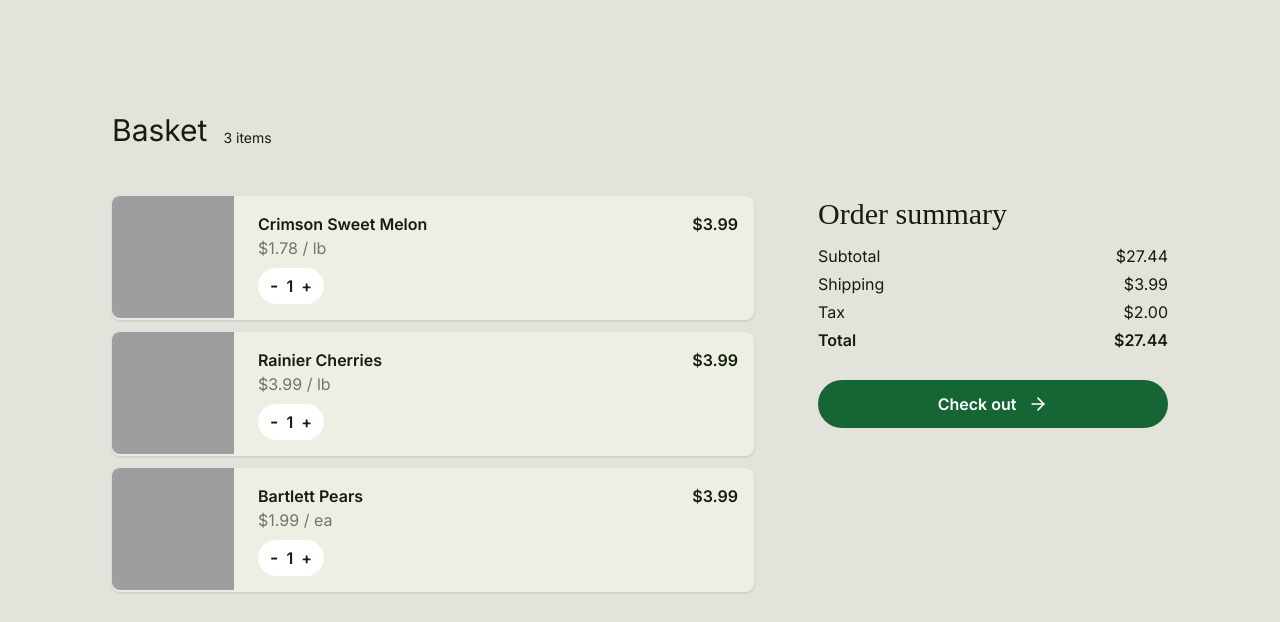
Repository: wswiselife/CSS
Page: / (app in figma-20240618/)
These files come from the project's save history. The page is drawn as it stood at one moment and after the next save; the edit follows.
The browser window is 1280 px wide. The pictures show the part of the page from y = 1280 to 1914 px (the page is 1902 px tall before and 1914 px after).
Pictures or frames that could not be fetched are drawn as grey boxes. Some web fonts or font styles are not loaded; a fallback is used. The project was rebuilt for these pictures with package versions that can differ from the ones it lists, and the page was loaded fresh each time. The framework's server and built-in components were replaced by stand-ins that run in the browser. Also part of the build but not shown: figma-20240618/next.config.mjs, figma-20240618/app/components/navbar/UserItem.tsx.

Above is the page before, as saved 2024-06-19 08:27:33.

### figma-20240618/app/layout.tsx
import type { Metadata } from "next";
import { Inter } from "next/font/google";
import "./globals.css";

import Layout from "./components/Layout";

const inter = Inter({ subsets: ["latin"] });

export const metadata: Metadata = {
  title: "Figma hero clone",
  description: "Figma hero clone",
};

export default function RootLayout({
  children,
}: Readonly<{
  children: React.ReactNode;
}>) {
  return (
    <html lang="en">
      <body className={inter.className}>
        <Layout>
          {children}
        </Layout>
      </body>
    </html>
  );
}

### figma-20240618/app/page.tsx

import Basket from "./components/Basket";
import Hero from "./components/Hero";
import Navbar from "./components/navbar/Navbar";

export default function Home() {
  return (
   <>
     <Navbar />
     <div className="mt-20">
        <Hero />
     </div>
     <Basket />
   </>
  );
}

### figma-20240618/app/globals.css
@import url("https://fonts.googleapis.com/css2?family=Playwrite+IS:wght@100..400&display=swap");

@tailwind base;
@tailwind components;
@tailwind utilities;

:root {
    --primary-color: #476730;

    --font-color: #141e0c;
    --bg-color: #e3e3dc;
}

html {
    color: var(--font-color);
    background-color: var(--bg-color);
}

@layer components {
    .hero-p {
        @apply font-serif text-3xl md:text-5xl lg:text-6xl;
    }

    .hero-span {
        @apply font-sans;
    }
}

### figma-20240618/app/components/Layout.tsx
interface LayoutProps {
    children: React.ReactNode
}

const Layout:React.FC<LayoutProps> = ({children})=>{
    return (
        <div className="h-screen w-screen ">
            <div className="h-full w-full">
                {children}
            </div>
        </div>
    )
}

export default Layout

### figma-20240618/app/components/Basket.tsx
'use client'
import { FiArrowRight } from "react-icons/fi";

import BasketItem from "./BasketItem"
import Button from "./Button"
import Header from "./Header"

const Basket = ()=>{

    const operateContent = (
        <div className="flex justify-center items-center gap-4">
            <Button label="Default" onClick={()=>{}} ></Button>
            <Button label="A-Z" onClick={()=>{}} ></Button>
            <Button label="List view" onClick={()=>{}} ></Button>
        </div>
    )

    const data = [
        {
            id:1,
            title:'crimson sweet melon',
            price:'1.78',
            unit:"lb",
            cover:'https://images.pexels.com/photos/1391487/pexels-photo-1391487.jpeg?auto=compress&cs=tinysrgb&w=600'
        },
        {
            id:2,
            title:'rainier cherries',
            price:'3.99',
            unit:"lb",
            cover:'https://images.pexels.com/photos/12735083/pexels-photo-12735083.jpeg?auto=compress&cs=tinysrgb&w=1260&h=750&dpr=1'
        },
        {
            id:3,
            title:'bartlett pears',
            price:'1.99',
            unit:"ea",
            cover:'https://images.pexels.com/photos/5945903/pexels-photo-5945903.jpeg?auto=compress&cs=tinysrgb&w=600'
        }
    ]

    return(
        <div className="
            flex
            flex-col
            p-8

            md:px-16
            lg:px-28
        ">
            <Header title="Basket" desc="3 items"  />

            <div className="
                flex
                justify-center
                items-start
                flex-wrap
                mt-12
                gap-8
                md:gap-16
                lg:gap-16
            ">
                {/* basket */}
                <div className="
                    flex
                    flex-1
                    flex-col
                    gap-3
                    items-center
                    min-w-[400px]
                ">
                    {
                        data.map((product)=>(

                            <BasketItem
                                key={product.id}
                                title={product.title}
                                price={product.price}
                                unit={product.unit}
                                cover={product.cover}
                            />

                        ))
                    }


                </div>

                {/* order summary */}
                <div className="w-full md:w-[350px]">
                    {/* title */}
                    <div className="text-3xl text-center md:text-left font-playwrite">
                        Order summary
                    </div>

                    <div className="
                        flex
                        flex-col
                        gap-1
                        py-3
                    ">
                        <div className="flex justify-between items-center">
                            <p>Subtotal</p>
                            <p>${27.44}</p>
                        </div>
                        <div className="flex justify-between items-center">
                            <p>Shipping</p>
                            <p>${3.99}</p>
                        </div>
                        <div className="flex justify-between items-center">
                            <p>Tax</p>
                            <p>$2.00</p>
                        </div>
                        <div className="flex justify-between items-center font-semibold">
                            <p>Total</p>
                            <p>${27.44}</p>
                        </div>
                    </div>

                    {/* button */}
                    <div className="w-full mt-4">
                        <Button label="Check out" onClick={()=>{}} fullWidth icon={FiArrowRight} />
                    </div>

                </div>
            </div>
        </div>
    )
}

export default Basket

### figma-20240618/app/components/Hero.tsx
'use client'

import Button from "./Button"

const Hero = ()=>{

    return(
        <div className="">

            {/* first path */}
            <div className="flex flex-col justify-center items-center">
                {/* title */}
                <div className="
                    flex
                    flex-col
                    items-center
                    gap-2
                    md:gap-4
                    lg:gap-8
                    py-12
                    md:py-20
                    lg:py-[121px]
                ">
                    <p className="hero-p">We're <span className="hero-span font-playwrite">farmers,purveyors,</span></p>
                    <p className="hero-p"> and <span className="hero-span font-playwrite">eaters </span>of originically</p>
                    <p className="hero-p">grown food.</p>
                </div>

                <Button label="Browse our shop" onClick={()=>{}} />
            </div>

            {/* image path */}
            <div className="flex flex-row flex-wrap justify-center items-center gap-16 py-20 ">

                <img
                    src="/images/photo4.jpg"
                    alt="photo"
                    className="
                        w-[420px]
                        h-[450px]
                        md:w-[300px]
                        md:h-[380px]
                        lg:w-[400px]
                        lg:h-[580px]
                        rounded-lg
                        object-cover
                "/>

                <div className="
                    relative
                    w-[420px]
                    h-[450px]
                    md:w-[380px]
                    md:h-[300px]
                    lg:w-[520px]
                    lg:h-[400px]
                ">
                    <img
                        src="/images/photo5.jpg"
                        alt="photo"
                        className="
                            rounded-lg
                            object-cover
                        "
                    />
                    <div className="text-sm py-4 md:text-base">

                        <p className="lg:max-w-520px md:max-w-380px max-w-420px">
                            <span className="font-semibold">Central California </span>
                            — The person who grew these was located in Central California and, er, hopefully very well-compensated.
                        </p>
                    </div>
                </div>
            </div>
        </div>
    )
}

export default Hero

### figma-20240618/app/components/navbar/Navbar.tsx
import Logo from './Logo'
import Usermenu from './Usermenu'

const Navbar = ()=>{
    return (
        <div className='z-50 fixed top-0 w-full bg-[var(--bg-color)]'>
            <div className="
                flex
                justify-between
                items-center
                px-8
                py-4
                md:px-12
                md:py-8
                lg:px-[111px]
                lg:py-[32px]

            ">
                <Logo />
                <Usermenu />
            </div>
        </div>
    )
}

export default Navbar

### figma-20240618/app/components/BasketItem.tsx
import Image from "next/image";
import { useState } from "react";

interface BasketItemProps {
    title:string;
    price?:string;
    cover?:string;
    unit?:string;
}

const BasketItem:React.FC<BasketItemProps> = ({
    title,
    price,
    cover,
    unit
})=>{

    const [count,setCount] = useState(1)

    return(
        <div className="
            flex
            flex-row
            gap-2
            w-full
            bg-[#edefe4]
            rounded-lg
            shadow
            transition
            hover:shadow-md
        ">
            <div className="w-[122px] h-[122px] relative">
                <Image

                    fill
                    alt="photo"
                    src={cover || '/images/photo.jpg'}
                    style={{
                        objectFit:'cover'
                    }}

                    className="
                        rounded-l-lg
                    "
                />
            </div>
            <div className="flex flex-1 flex-col justify-between gap-2 p-4">

                {/* desc */}
                <div className="flex flex-row justify-between items-start">
                    <div className="flex-1">
                        <p className="capitalize font-semibold">{title}</p>
                        <p className="text-neutral-500">${price} / {unit}</p>
                    </div>
                    <div className="font-semibold">${3.99}</div>
                </div>

                {/* count */}
                <div className=" ">
                  <button className="flex items-center gap-2 w-auto px-3 py-1 font-semibold bg-white rounded-full">
                        <span className="text-lg">-</span>
                        <span>{count}</span>
                        <span>+</span>
                  </button>
                </div>

            </div>
        </div>
    )
}

export default BasketItem

### figma-20240618/app/components/Button.tsx
'use client'

import { IconType } from "react-icons";

interface ButtonProps {
    label: string;
    onClick:()=>void
    secondry?:boolean
    disabled?:boolean
    icon?:IconType
    fullWidth?:boolean
}

const Button:React.FC<ButtonProps> = ({
    label,
    onClick,
    secondry,
    disabled,
    icon:Icon,
    fullWidth
})=>{
    return (
        <button
            onClick={onClick}
            disabled={disabled}
            className={`
                flex
                flex-row
                justify-center
                items-center
                gap-3
                px-6
                py-3
                font-semibold
                disabled:opacity-70
                disabled:cursor-not-allowed
                hover:opacity-80
                ${secondry?'rounded':'rounded-full'}
                ${secondry?'bg-white':'bg-green-800'}
                ${secondry?'text-black':'text-white '}
                ${fullWidth?'w-full':'w-auto'}
                ${fullWidth?'text-center':''}

        `}>
            {label}
            {
                Icon && (<Icon size={20} ></Icon>)
            }
        </button>
    )
}

export default Button

### figma-20240618/app/components/Header.tsx
'use client'
import { ReactNode } from "react";

interface HeaderProps {
    title:string;
    desc?:string;
    operate?:ReactNode
}

const Header:React.FC<HeaderProps> = ({
    title,
    desc,
    operate
})=>{
    return(
        <div className="
            w-full
            flex
            flex-row
            justify-between
            items-center

        ">
            {/* header */}
            <div className="
                flex
                items-end
                gap-4

            ">
                <div className="text-3xl flex justify-end items-end">{title}</div>
                <div className="text-sm">{desc}</div>
            </div>

            {/* operate */}
            <div >
                {operate}
            </div>
        </div>
    )
}

export default Header

### figma-20240618/app/components/navbar/Logo.tsx

const Logo = ()=>{
    return(
        <div className="text-xl lg:text-3xl font-bold cursor-pointer">World Peas</div>
    )
}

export default Logo

### figma-20240618/app/components/navbar/Usermenu.tsx
'use client'

import { FiShoppingBag } from "react-icons/fi";
import { IoAppsOutline } from "react-icons/io5";

import useUserMenuModal from "../../hooks/useUserMenu";
import UserItem from "./UserItem";
import Button from "../Button";

const Usermenu = ()=>{

    const userMenuModal = useUserMenuModal()

    const onToggle = ()=>{
        userMenuModal.isOpen?userMenuModal.onClose():userMenuModal.onOpen()
    }

    return(
        <div className="
            flex
            items-center
            gap-4
            md:gap-4
        ">

            {/* desktop */}
            <div className="
                md:flex
                flex-row
                justify-between
                items-center
                md:gap-3
                hidden

            ">
                <div className="p-4 font-semibold text-xl">Shop</div>
                <div className="p-4 font-semibold text-xl">Newstand</div>
                <div className="p-4 font-semibold text-xl">Who we are</div>
            </div>

            {/* basket */}
            <Button label="Basket" onClick={()=>{}} icon={FiShoppingBag} />

            {/* mobile */}
            <div
                onClick={onToggle}
                className="
                    flex
                    justify-center
                    items-center
                    relative
                    p-4
                    cursor-pointer
                    transition
                    md:hidden
            ">
                <IoAppsOutline size={22} />

                {/* menu */}
                {
                    userMenuModal.isOpen && (
                        <div className="
                            absolute
                            top-16
                            right-0
                            w-80
                            bg-white
                            rounded-md
                            transition
                        ">
                            <UserItem onClick={() =>{}} label="shop"/>
                            <UserItem onClick={() =>{}} label="newstand"/>
                            <UserItem onClick={() =>{}} label="who we are"/>
                        </div>
                    )
                }

            </div>


        </div>
    )
}

export default Usermenu

### figma-20240618/app/hooks/useUserMenu.ts
import { create } from "zustand";

interface UserMenuStore {
    isOpen: boolean;
    onOpen: () => void;
    onClose: () => void;
}

const useUserMenuModal = create<UserMenuStore>(set => ({
    isOpen: false,
    onOpen: () => set({ isOpen: true }),
    onClose: () => set({ isOpen: false }),
}));

export default useUserMenuModal;

### figma-20240618/tailwind.config.ts
import type { Config } from "tailwindcss";

const config: Config = {
    content: [
        "./pages/**/*.{js,ts,jsx,tsx,mdx}",
        "./components/**/*.{js,ts,jsx,tsx,mdx}",
        "./app/**/*.{js,ts,jsx,tsx,mdx}",
    ],
    theme: {
        extend: {
            backgroundImage: {
                "gradient-radial": "radial-gradient(var(--tw-gradient-stops))",
                "gradient-conic":
                    "conic-gradient(from 180deg at 50% 50%, var(--tw-gradient-stops))",
            },
            fontFamily: {
                playwrite: ['"Playwrite IS"', "cursive"],
            },
        },
    },
    plugins: [],
};
export default config;

After the next save:
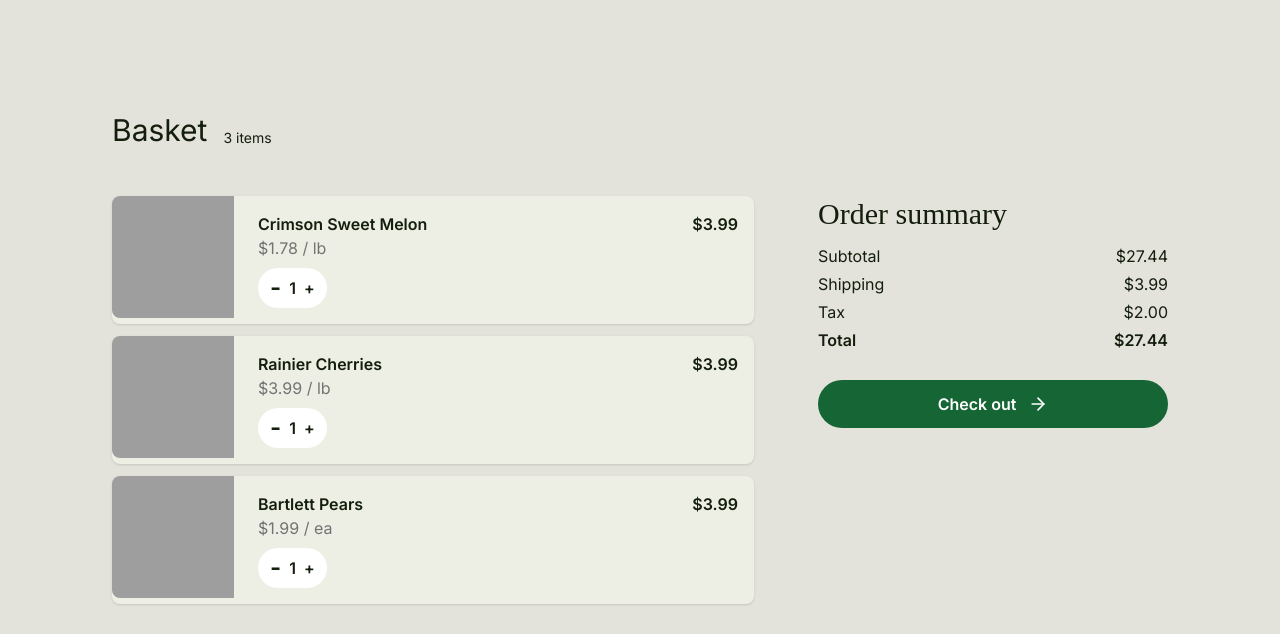
Saved 10 s later.
--- a/figma-20240618/app/components/BasketItem.tsx
+++ b/figma-20240618/app/components/BasketItem.tsx
@@ -58,7 +58,7 @@ const BasketItem:React.FC<BasketItemProps> = ({
                 {/* count */}
                 <div className=" ">
                   <button className="flex items-center gap-2 w-auto px-3 py-1 font-semibold bg-white rounded-full">
-                        <span className="text-lg">-</span>
+                        <span className="text-2xl">-</span>
                         <span>{count}</span>
                         <span>+</span>
                   </button>
